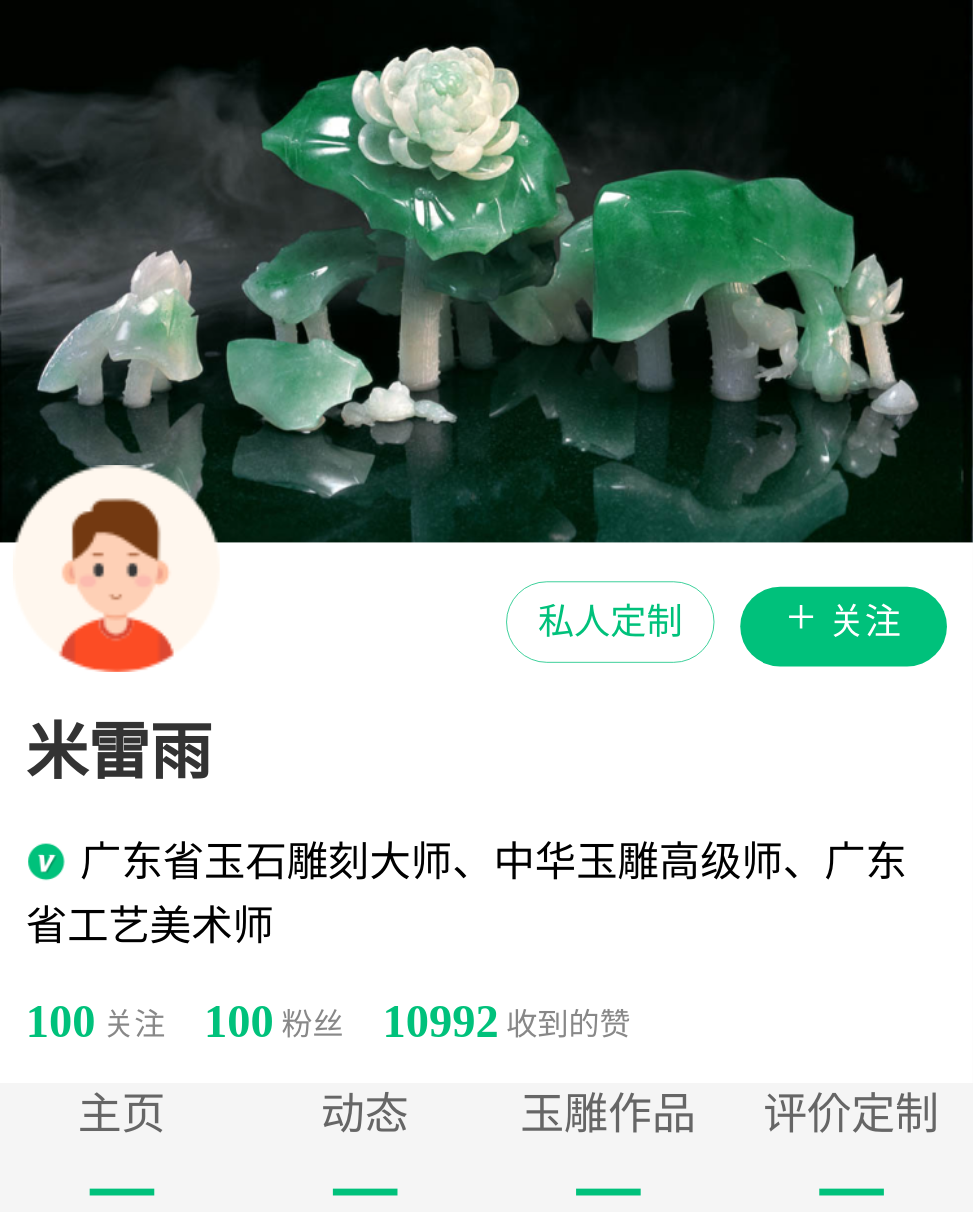
Repository: 1yanglulu/-
Page: html/jadecarvemaincenter.html
These files come from the project's save history. The page is drawn as it stood at one moment and after the next save; the edit follows.
The browser window is 1280 px wide. The pictures show the whole page, at 76% of full size.

Above is the page before, as saved 2020-01-07 15:24:19.

### html/jadecarvemaincenter.html
<!DOCTYPE html>
<html lang="en">
<head>
  <meta charset="UTF-8">
  <meta name="viewport" content="width=device-width, user-scalable=no, initial-scale=1.0, maximum-scale=1.0, minimum-scale=1.0">
  <meta http-equiv="X-UA-Compatible" content="ie=edge">
  <title>玉雕师详情</title>
  <link rel="stylesheet" href="../css/common.css">
  <link rel="stylesheet" href="../css/jadecarvemaincenter.css">
</head>
<body class="bac-color">
  <div class="jade-main-center  bac-color">
    <div class="top-banner">
      <img src="../images/mainbac.png" alt="" class="banner-bac">
    </div>
    <div class="avatar-box">
      <img src="../images/defaultImg.png" alt="" class="default-img">
      <div class="btn-box fn">
        <a href="javascript:void(0);" class="self-made">私人定制</a>
        <div class="follow-btn"><span class="add-icon">+</span>关注</div>
      </div>
      <div class="jade-name">
        米雷雨
      </div>
      <div class="jade-introduce fn">
        <img src="../images/vipicon.png" alt="vip" class="vip-icon">
        <span class="touxian">广东省玉石雕刻大师、中华玉雕高级师、广东省工艺美术师</span>
      </div>
      <div class="jade-hot-num">
        <span class="for-num">100</span>关注<span class="for-num">100</span>粉丝<span class="for-num">10992</span>收到的赞
      </div>
    </div>
    <div class="jade-tab clearfix">
      <div class="jade-tab-item fl  fn">
        <span>主页</span>
        <div class="tab-line"></div>
      </div>
      <div class="jade-tab-item fl  fn">
        <span>动态</span>
        <div class="tab-line"></div>
      </div>
      <div class="jade-tab-item fl  fn">
        <span>玉雕作品</span>
        <div class="tab-line"></div>
      </div>
      <div class="jade-tab-item fl  fn">
        <span>评价定制</span>
        <div class="tab-line"></div>
      </div>
    </div>
  </div>
  <script src="../js/jquery-3.3.1.min.js"></script>
  <script src="../js/rem.js"></script>
  <script src="../js/jadecarvemaincenter.js"></script>
  <script></script>
</body>
</html>

### css/common.css
h2,body,div,html,ul,li,a,img{
  margin: 0;
  padding: 0;
}
a,img{
  display:block;
}
.fn{
  font-size:0;
}
ul{
  margin-block-start: 0;
  margin-block-end: 0;
  padding-inline-start: 0;
}
ul li{
  list-style: none;
}
a{
  text-decoration: none;
}
.clearfix:after{/*伪元素是行内元素 正常浏览器清除浮动方法*/
  content: "";
  display: block;
  height: 0;
  clear:both;
  visibility: hidden;
}
.clearfix{
  *zoom: 1;/*ie6清除浮动的方式 *号只有IE6-IE7执行，其他浏览器不执行*/
}
.fl{
  float: left;
}
.fr{
  float:right;
}
.bac-color{
  /* background:rgb(248,248,248); */
  background: #f5f5f5;
}

### css/jadecarvemaincenter.css
.jade-main-center{
  width: 100%;
}
.top-banner{
  background: #fff;
}
.banner-bac{
  width: 100%;
  height: 4.2rem;
  display: block
}
.default-img{
  width: 1.6rem;
  height: 1.6rem;
}
.avatar-box{
  position: relative;
  background: #fff;
}
.default-img{
  position: absolute;
  left:.1rem;
  top:-.6rem;

}
.avatar-box{
  padding:0 .2rem 0.3rem;
}
.btn-box{
  text-align: right;
  padding: .3rem 0;
}
.self-made{
  display: inline-block;
  padding: 0 .24rem;
  text-align: center;
  line-height: .62rem;
  border: 1px solid #00C17B;
  border-radius:.33rem;
  background: #fff;
  font-size: .28rem;
  color: #00C17B;
  margin-right: .2rem;
}
.follow-btn{
  width: 1.6rem;
  height: .62rem;
  text-align: center;
  background: #00C17B;
  border-radius:.33rem;
  font-size: .28rem;
  color: #FFFFFF;
  display: inline-block;
}
.add-icon{
  font-size: .4rem;
  color: #FFFFFF;
  margin-right: .1rem;
}
.jade-name{
  font-size: .48rem;
  color: #333333;
  line-height: .58rem;
  text-align: left;
  margin-top: .08rem;
  font-weight: bold;
  margin-bottom: .3rem;
  background: #fff;
}
.jade-introduce{
  margin-bottom: .3rem;
  background: #fff;
}
.vip-icon{
  width: .32rem;
  height: .32rem;
  display: inline-block;
  margin-right: .1rem;
  vertical-align: middle;
}
.touxian{
  font-size: .32rem;
  color: #000000;
  line-height: .5rem;
  vertical-align: middle;
}
.jade-hot-num{
  font-size: .24rem;
  color: #888888;
  text-align: center;
  text-align: left;
  background: #fff;
}
.jade-hot-num .for-num{
  font-size: .36rem;
  color: #00C17B;
  text-align: center;
  font-weight: bold;
  margin-left: .3rem;
  vertical-align: bottom;
  line-height: 0.36rem;
  margin-right: .06rem;
}
.jade-hot-num .for-num:first-child{
  margin-left: 0;
}
.jade-tab{
  height: 1rem;
}
.jade-tab .jade-tab-item{
  width: 25%;
  height: 100%;
  text-align: center;
  font-size: .34rem;
  color: #666666;
}
.jade-tab .jade-tab-item>span{
  display: block;
  height: 0.48rem;
  text-align: center;
  line-height: .48rem;
  margin-bottom: .08rem;
}
.tab-line{
  width: .5rem;
  height: .05rem;
  background: #00C17B;
  display: inline-block;
}

### js/rem.js
(function (doc, win) {
    var docEl = doc.documentElement,
        resizeEvt = 'orientationchange' in window ? 'orientationchange' : 'resize',
        recalc = function () {
            var clientWidth = docEl.clientWidth;
            if (!clientWidth) return;
            docEl.style.fontSize =Math.floor(100*(clientWidth / 750))+ 'px';
        };
    if (!doc.addEventListener) return;
    win.addEventListener(resizeEvt, recalc, false);
    doc.addEventListener('DOMContentLoaded', recalc, false);
})(document,window);

Loaded but not shown: js/jquery-3.3.1.min.js (library); js/jadecarvemaincenter.js (no stored copy; drawn as an empty file)

After the next save:
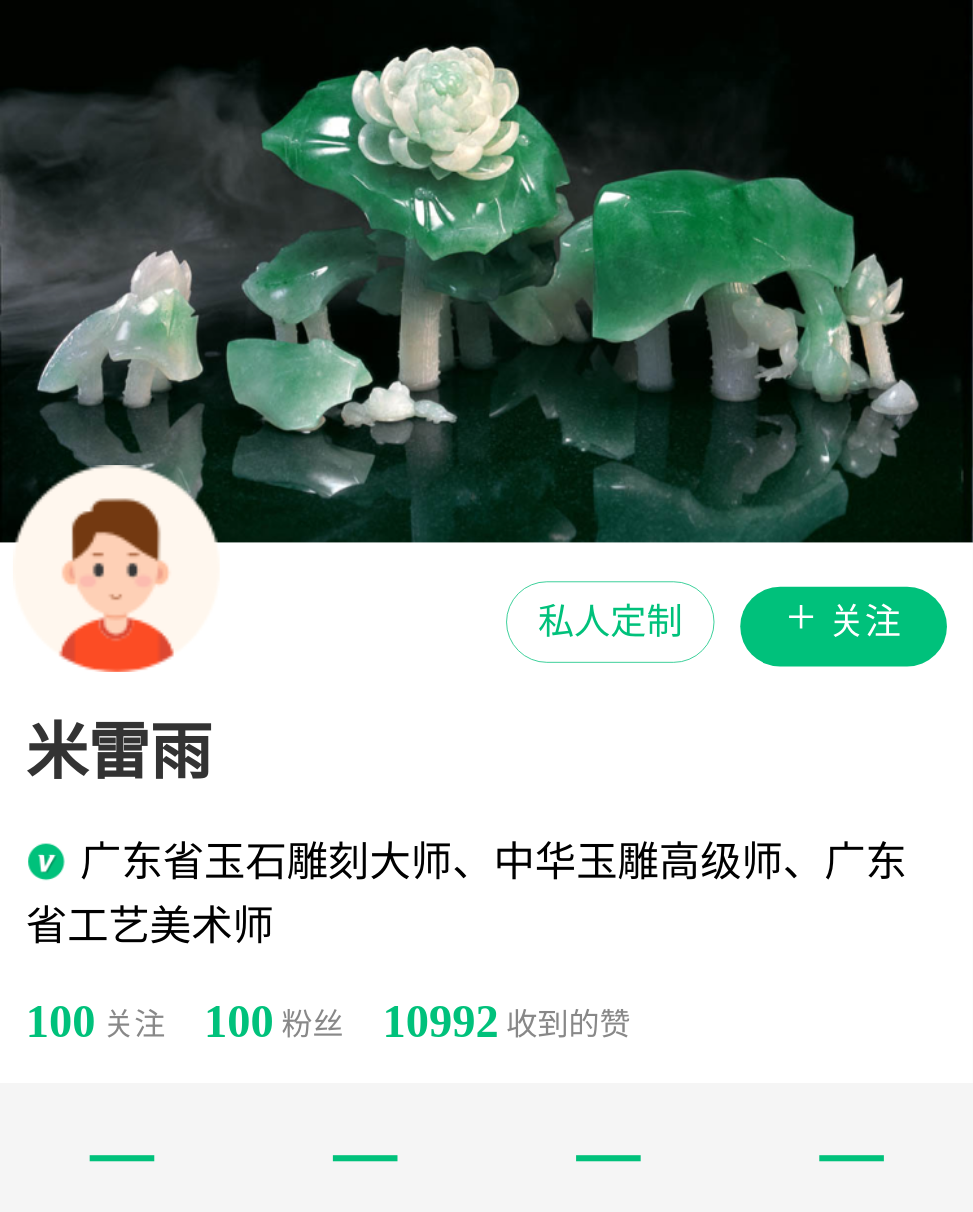
Saved 53 s later.
--- a/css/jadecarvemaincenter.css
+++ b/css/jadecarvemaincenter.css
@@ -111,8 +111,6 @@
   width: 25%;
   height: 100%;
   text-align: center;
-  font-size: .34rem;
-  color: #666666;
 }
 .jade-tab .jade-tab-item>span{
   display: block;
